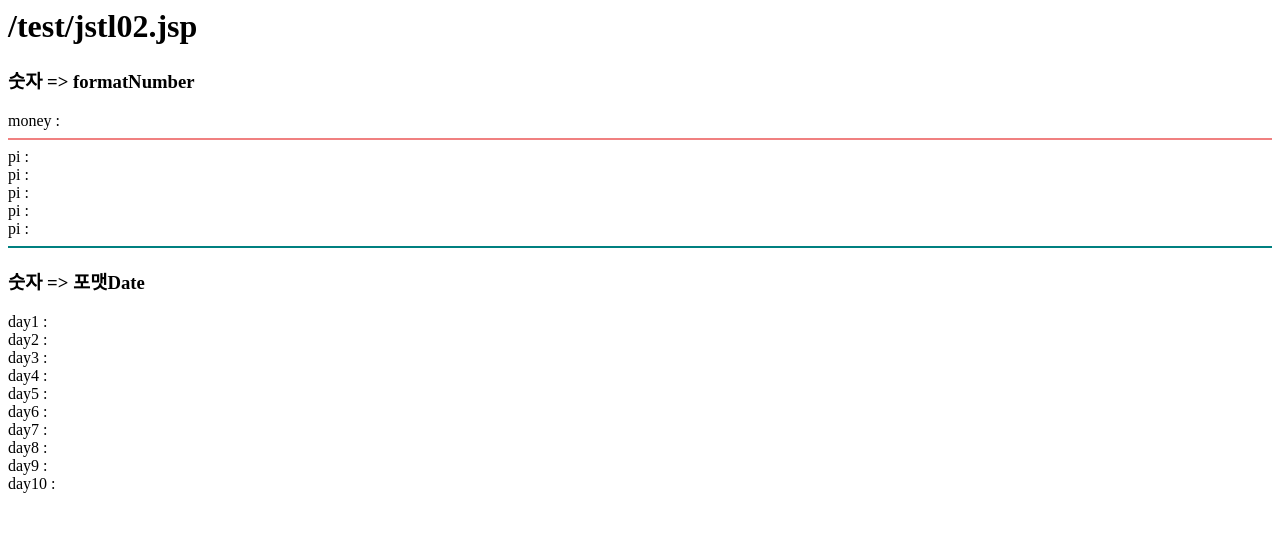
Repository: khsik/Woori-Computer-Academy
Page: http://localhost/mvc/WEB-INF/views/test/jstl02.jsp
An editor plug-in stored every save of this project. The page is shown before and after the next save, followed by the edit.
The browser window is 1280 px wide. The pictures show the whole page.
The page is served by Tomcat 9. Nobody is signed in. Other server files are loaded and not shown. The template is opened directly, without the code that normally fills it, so the values that code supplies are empty.

Above is the page before, as saved 2024-05-13 07:27:39.

### mvc/src/main/webapp/WEB-INF/views/test/jstl02.jsp
<%@ page language="java" contentType="text/html; charset=UTF-8"
    pageEncoding="UTF-8"%>
<%@ taglib prefix="fmt" uri="http://java.sun.com/jsp/jstl/fmt" %>

<h1>/test/jstl02.jsp</h1>

<h3> 숫자 => formatNumber</h3>
money : <fmt:formatNumber value="${money}" type="currency" currencySymbol="\\"/>
<hr color="lightcoral">
pi : <fmt:formatNumber value="${pi}" type="percent" /> <br>
pi : <fmt:formatNumber value="${pi}" pattern=".0000" /> <br>
pi : <fmt:formatNumber value="${pi}" pattern=".0"/> <br>
pi : <fmt:formatNumber value="${pi}" pattern="##0.000000"/> <br>
pi : <fmt:formatNumber value="${pi}" pattern="000.00000"/>
<%--
0 : 빈자리면 0 출력
# : 빈자리면 출력안함
마지막 자리 반올림해서 나오는 것으로 보임.
--%>
<hr color="teal">

<h3>숫자 => 포맷Date</h3>
day1 : <fmt:formatDate value="${day}" /> <br>
day2 : <fmt:formatDate value="${day}" type="date"/> <br>
day3 : <fmt:formatDate value="${day}" type="both"/> <br>
day4 : <fmt:formatDate value="${day }" type="time" /> <br>
day5 : <fmt:formatDate value="${day }" type="time" timeStyle="full"/> <br>
day6 : <fmt:formatDate value="${day }" type="date" dateStyle="full"/> <br>
day7 : <fmt:formatDate value="${day }" type="date" dateStyle="long"/> <br>
day8 : <fmt:formatDate value="${day }" type="date" dateStyle="medium" /> <br>
day9 : <fmt:formatDate value="${day }" type="date" dateStyle="short" /> <br>
day10 : <fmt:formatDate value="${day }" type="date" dateStyle="default" /> <br>

<hr size="1px" style="border:0; background: linear-gradient(0.25turn, red, orange, yellow, green, blue, navy, purple);">

After the next save:
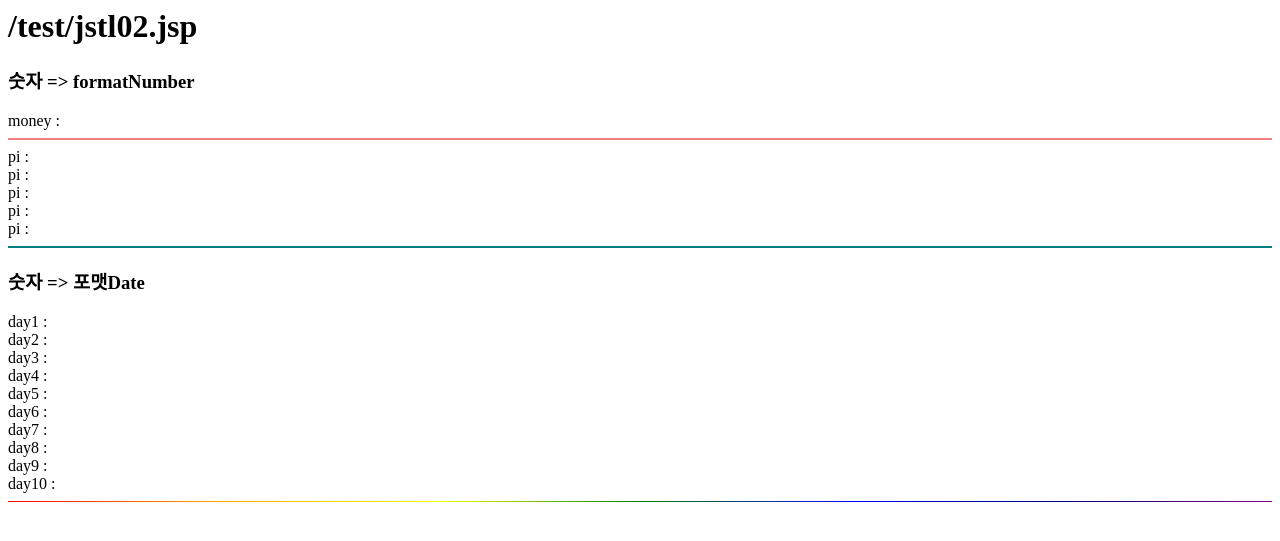
Saved 7 s later.
--- a/mvc/src/main/webapp/WEB-INF/views/test/jstl02.jsp
+++ b/mvc/src/main/webapp/WEB-INF/views/test/jstl02.jsp
@@ -31,4 +31,4 @@ day8 : <fmt:formatDate value="${day }" type="date" dateStyle="medium" /> <br>
 day9 : <fmt:formatDate value="${day }" type="date" dateStyle="short" /> <br>
 day10 : <fmt:formatDate value="${day }" type="date" dateStyle="default" /> <br>
 
-<hr size="1px" style="border:0; background: linear-gradient(0.25turn, red, orange, yellow, green, blue, navy, purple);">
+<hr size="3px" style="border:0; background: linear-gradient(0.25turn, red, orange, yellow, green, blue, navy, purple);">
